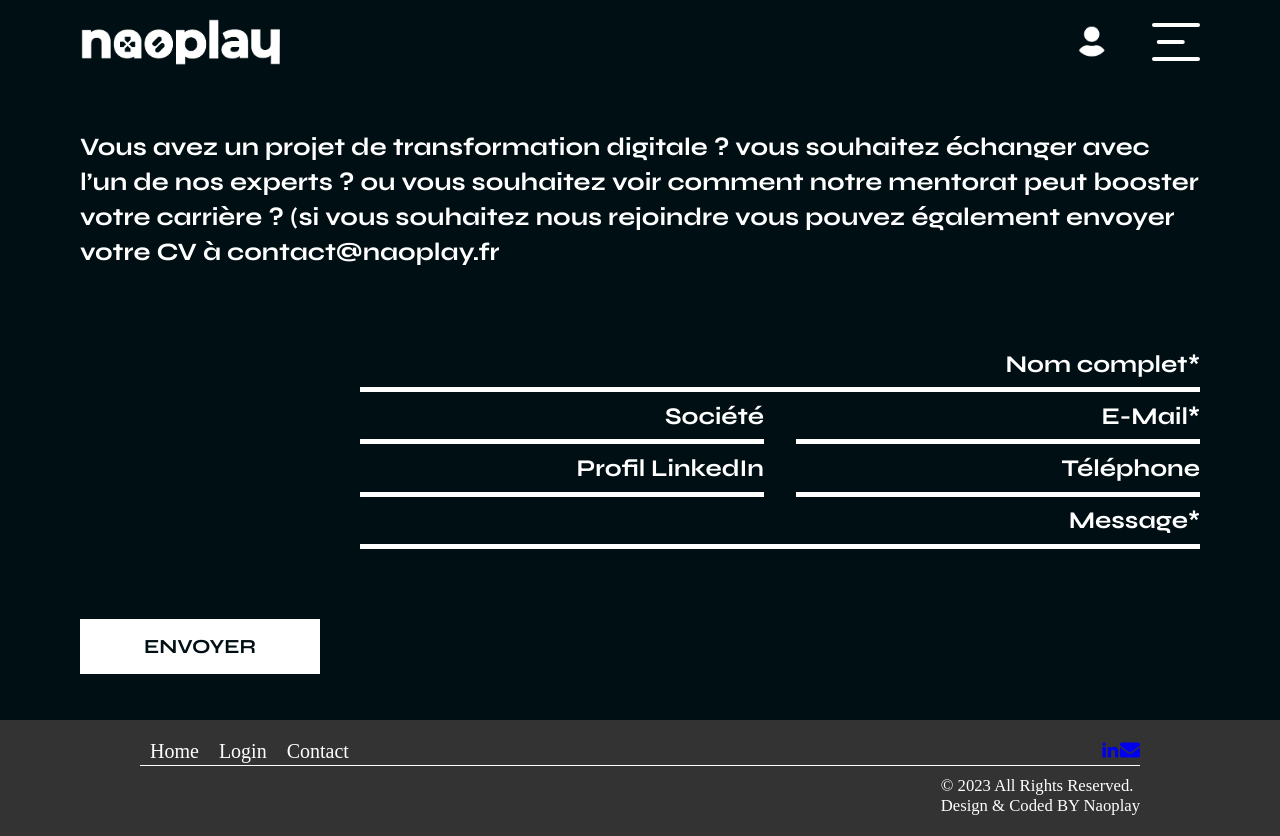
Repository: Hindsedrati/Naoplay
Page: /contact
These files come from the project's save history. The page is drawn as it stood at one moment and after the next save; the edit follows.
The browser window is 1280 px wide. The pictures show the whole page.
The project was rebuilt for these pictures with package versions that can differ from the ones it lists, and the page was loaded fresh each time. Also part of the build but not shown: src/Pages/Login/index.jsx, src/Components/Const/index.jsx, src/Components/Partners/index.jsx, src/Components/Naoplay/index.jsx, src/Components/Api/index.jsx, src/Components/Digitalisation/index.jsx, src/Components/Gateway/index.jsx, src/Components/ApiManagement/index.jsx and 6 more.

Above is the page before, as saved 2023-05-09 12:11:07.

### public/index.html
<!DOCTYPE html>
<html lang="en">
  <head>
    <meta charset="utf-8" />
    <link href="https://fonts.googleapis.com/css2?family=Syne:wght@600;700&display=swap" rel="stylesheet">
    <link rel="apple-touch-icon" sizes="180x180" href="./favicons/apple-touch-icon.png">
    <link rel="icon" type="image/png" sizes="32x32" href="./favicons/favicon-32x32.png">
    <link rel="icon" type="image/png" sizes="16x16" href="./favicons/favicon-16x16.png">
    <link rel="manifest" href="./favicons/site.webmanifest">
    <link rel="mask-icon" href="./favicons/safari-pinned-tab.svg" color="#5bbad5">
    <meta name="viewport" content="width=device-width, initial-scale=1" />
    <meta name="theme-color" content="#000000" />
    <meta
      name="description"
      content="Web site created using create-react-app"
    />
    <link rel="apple-touch-icon" href="%PUBLIC_URL%/logo192.png" />
    <!--
      manifest.json provides metadata used when your web app is installed on a
      user's mobile device or desktop. See https://developers.google.com/web/fundamentals/web-app-manifest/
    -->
    <link rel="manifest" href="%PUBLIC_URL%/manifest.json" />
    <!--
      Notice the use of %PUBLIC_URL% in the tags above.
      It will be replaced with the URL of the `public` folder during the build.
      Only files inside the `public` folder can be referenced from the HTML.

      Unlike "/favicon.ico" or "favicon.ico", "%PUBLIC_URL%/favicon.ico" will
      work correctly both with client-side routing and a non-root public URL.
      Learn how to configure a non-root public URL by running `npm run build`.
    -->
    <title>NAOPLAY</title>
  </head>
  <body>
    <noscript>You need to enable JavaScript to run this app.</noscript>
    <div id="root"></div>
    <!--
      This HTML file is a template.
      If you open it directly in the browser, you will see an empty page.

      You can add webfonts, meta tags, or analytics to this file.
      The build step will place the bundled scripts into the <body> tag.

      To begin the development, run `npm start` or `yarn start`.
      To create a production bundle, use `npm run build` or `yarn build`.
    -->
  </body>
</html>

### src/style.scss
* {
    margin: 0;
    padding: 0;
    box-sizing: border-box;
}

.app-container {
    width: 100%;
    max-width: 100%;
    margin-left: auto;
    margin-right: auto;
}

.main-container {
    width: 100%;
    overflow-x: hidden;
}

@media screen and (min-width: 769px) and (max-width: 1900px) {
    .main-container {
        padding: 70px 80px 20px 80px;
    }
}
@media screen and (min-width: 1901px) {
    .main-container {
        padding: 150px 80px 20px 80px;
    }
}
@media screen and (max-width: 768px) {
    .main-container {
        padding: 1rem;
    }
}

### src/Layouts/Footer/Index.jsx
import './footer.scss';
import { RiLinkedinFill } from "react-icons/ri";
import { FaEnvelope } from "react-icons/fa";


function Footer() {
    return (

    <footer >

    <div class="footer-content">
        <div class="footer-section links">
            <a href="/">Home</a>
            <a href="/">Login</a>
            <a href="/">Contact</a>
        </div>

    <div className="footer__icons">

        <a className="footer__icons" href="https://www.linkedin.com/company/naoplay/" target="_blank" rel="noreferrer">
        <RiLinkedinFill />
        </a>
        <a className="footer__icons" href="mailto:contact@naoplay.fr/" target="_blank" rel="noreferrer">
        <FaEnvelope />
        </a>
    </div>
    </div>

    <div class="footer-bottom">
    <small>&copy; 2023 All Rights Reserved. </small>
    <small>Design & Coded BY Naoplay </small>

    </div>

    </footer>

    )
}

export default Footer

### src/Pages/Contact/Contact.scss
@import '../../Sass/variables.scss';

@font-face {
  font-family: 'MonumentExtended';
  src: url('../../Sass/fonts/MonumentExtended-Regular.otf') format('truetype');
  font-weight: normal;
  font-style: normal;
}

.contact {
  background: $dark;
  color: $light;


  & p {
    font-family: $syne;
    font-weight: bold;
    line-height: 35px;
    font-size: 25px;
  }

  &__btn {
    margin: 0;
    margin-top: 30px;
    padding: 0;
    display: flex;
    align-items: center;
    text-align: center;
    justify-content: center;
    text-decoration: none;
    font-family: $syne;
    font-size: 20px;
    font-weight: bold;
    text-align: center;
    background-color: $light;
    color: $dark;
    width: 240px;
    height: 55px;

    align-self: flex-start;
    cursor: pointer;
    transition: background-color 0.3s ease;

    &:hover {
      background-color: $primary;
      color: $light;
    }
  }

  input {
    box-sizing: border-box;
    width: 100%;
    margin: 0;
    padding: .6rem 0;
    font-size: 24px;
    outline: none;
    border: none;
    background-color: transparent;
    border-bottom: 5px solid $light;
    color: $light;

    &::placeholder {
      font-family: $syne;
      font-size: 24px;
      color: $light;
      line-height: 2;
      text-align: end;
      border: none;
    }

    &
    :focus {
      outline: none;
      border: none;
    }
  }
}

@media screen and (max-width: 768px) {
  .contact {

    padding: 2rem;
    text-align: center;
    p{
      line-height: 36px;
      margin-top: 5rem;
    }
    &__content {
      font-size: 20px;
      font-weight: 500;
      line-height: 2;
      display: flex;
      flex-flow: row nowrap;
      gap: 2rem;
      font-family: $Dm;
      overflow: scroll;

      &__child {
        box-sizing: border-box;
        min-width: 100%;
      }

      .contact__mobile__box {
        margin-top: 6rem;
        text-align: center;

        input {
          width: 100%;
          padding: 0.5rem;
          margin-bottom: 1rem;
        }

        label {
          width: 100%;
          margin-bottom: 1rem;
          border-bottom: 5px solid $light;
        }
      }
    }

    &__content::-webkit-scrollbar {
      width: 0;
    }
  }

  .contact__desktop__form {
    display: none;
  }
}

@media screen and (min-width: 769px) and (max-width: 1900px) {
  .contact {
    height: calc(100vh - 80px);
    padding: 50px 80px;
    box-sizing: border-box;
    margin-top: 5rem;
    &__mobile {
      display: none;
    }
  }
  .contact__desktop {
    display: flex;
    margin: 70px 0;
    flex-direction: column;
    align-items: flex-end;
  }
  .contact_desktop_box {
    width: 75%;

    .name__message {
      display: block;
    }

    .row {
      display: grid;
      grid-template-columns: 1fr 1fr;
      grid-column-gap: 2rem;
    }

    p {
      font-family: $syne;
      font-size: 30px;
      line-height: 40px;
    }
  }
}


@media screen and (min-width: 1901px) {
  .contact {
    height: 70vh;
    display: flex;
    justify-content: center;
    padding: 7rem 7rem;
    box-sizing: border-box;
    margin-top: 5rem;
    &__mobile {
      display: none;
    }
  }
  .contact__desktop {
    display: flex;
    margin: 70px 0;
    flex-direction: column;
    align-items: flex-end;
  }
  .contact_desktop_box {
    width: 75%;

    .name__message {
      display: block;
    }

    .row {
      display: grid;
      grid-template-columns: 1fr 1fr;
      grid-column-gap: 2rem;
    }

    p {
      font-family: $syne;
      font-size: 30px;
      line-height: 40px;
    }
  }
}

### src/Pages/Home/Home.scss
body{
    box-sizing: border-box;
    overflow-x: hidden;
}

### src/Layouts/Footer/footer.scss
@import '../../Sass/variables.scss';


footer {
    background-color: #333;
    color: #fff;
    padding: 20px 0;
  }

  .footer-content {
    font-size: 20px;
    display: flex;
    justify-content: space-between;
    max-width: 1000px;
    margin: 0 auto;
  }

  .footer-section {
    display: flex;
  }

  .links a,
  .social a {
    color: #fff;
    text-decoration: none;
    padding: 0 10px;
  }

  .links a:hover,
  .social a:hover {
    text-decoration: underline;
  }

  .social i {
    font-size: 24px;
    margin-left: 10px;
  }

  .footer-bottom {
    display: grid;
    justify-content: flex-end;
    max-width: 1000px;
    margin: 0 auto;
    font-size: 20px;
    border-top: 1px solid #fff;
    padding-top: 10px;
  }
  .footer__mentions-wrapper {
    display: flex;
    flex-direction: column;
    align-items: center;
  }

### src/Sass/variables.scss
@import url('https://fonts.googleapis.com/css2?family=Syne:wght@200;400;500;600;700&display=swap');
@import url('https://fonts.googleapis.com/css2?family=DM+Sans:wght@200;400;500;600;700&display=swap');

@font-face {
    font-family: 'MonumentExtended';
    src: url('fonts/MonumentExtended-Regular.otf') format('truetype');
    font-weight: normal;
    font-style: normal;
}

$Dm: 'DM Sans', sans-serif;
$syne: 'Syne', sans-serif;

//colors
$dark: #000F14;
$light: white;
$primary: #00A8EB;
$bg: #fdfdfd;

### src/Components/Const/const.scss
@import '../../Sass/variables.scss';

.home {

  color: $light;
  background-image: url('../../assets/vision_naoplay.webp');
  background-size: cover;
  background-position: center;

  h1 {
    font-weight: bold;
    font-family: 'MonumentExtended', sans-serif;
  }

  h2 {
    font-family: $syne;
  }

  &__btn {
    text-decoration: none;
    color: $dark;
    display: inline-block;
    padding: 0.75rem 1.5rem;
    background-color: $light;
    font-family: $syne;
    font-size: 1rem;
    font-weight: 700;
    transition: background-color 0.3s ease;

    &:hover {
      background-color: $dark;
      color: $light;
    }
  }
}

@media screen and (min-width: 769px) and (max-width: 1900px) {
  .home {
    margin-top: 2rem;

    h1 {
      font-size: 70px;
      font-weight: 500;
    }

    h2 {
      margin-top: 80px;
      font-size: 32px;
      font-weight: 700;
      line-height: 40px;
    }

    &__btn {
      margin-top:150px;
    }
  }
}

/* Code ajouté pour centrer en version mobile */
@media screen and (max-width: 768px) {
  .home {
    //height: calc(100vh - 80px);
    //padding: 1rem;
    margin-top: 5rem;
    display: flex;
    justify-content: center;
    align-items: center;
    flex-direction: column;

    h1 {
      font-size: 30px;
      line-height: 45px;
      font-weight: 200;
    }

    h2 {
      margin-top: 50px;
      font-size: 20px;
      font-weight: 500;
      font-family: $Dm;
      line-height: 1.6;
    }

    &__btn {
      margin-top: 30px;
    }
  }
}

@media screen and (min-width: 1901px) {
  .home {
    height: 100vh;
    h1 {
      line-height: 5rem;
      font-size: 70px;
      font-weight: 500;
    }

    h2 {
      margin-top: 80px;
      font-size: 32px;
      font-weight: 700;
      line-height: 40px;
    }

    &__btn {
      margin-top: 80px;
    }
  }

}

### src/Components/Partners/partners.scss
@import '../../Sass/variables.scss';

.partners {
  min-height: 210px;
  background: $dark;
  color: $light;

  &__content {
    display: flex;
    align-items: center;
  }

  &__content h3 {
    font-family: 'MonumentExtended', sans-serif;
    color: $light;
  }
}

@media screen and (min-width: 769px) and (max-width: 1900px) {

  .partners {
    padding-left: 80px;
    display: grid;
    grid-template-columns: 1fr 3fr;

    &__content h3 {
      padding-right: 15px;
      font-size: 20px;
      font-weight: 500;
      line-height: 32px;
    }

    &__image {
      position: relative;
      width: auto;
      height: 70px;
      margin-top: 70px;
      overflow: hidden;
    }

    &__icons {
      position: absolute;
      display: flex;
      width: 150%;
      height: 70px;
      top: 0;
      left: 30px;
      color: #fff;

      animation-name: IconeMove;
      animation-duration: 7s;
      animation-iteration-count: infinite;
      animation-direction: alternate;
      animation-timing-function: ease-in-out;

      @keyframes IconeMove {
        from {
          transform: translateX(-25%);
        }

        to {
          transform: translateX(0);
        }
      }
    }

    &__icons img {
      height: 100%;
      width: auto;
      margin-right: 70px;

    }
  }
}

@media screen and (min-width: 1901px) {

  .partners {
    padding-left: 80px;
    display: grid;
    grid-template-columns: 1fr 3fr;

    &__content h3 {
      padding-right: 15px;
      font-size: 25px;
      font-weight: 500;
      line-height: 32px;
    }

    &__image {
      position: relative;
      width: auto;
      height: 70px;
      margin-top: 70px;
      overflow: hidden;
    }

    &__icons {
      position: absolute;
      display: flex;
      width: 150%;
      height: 70px;
      top: 0;
      left: 30px;
      color: #fff;

      animation-name: IconeMove;
      animation-duration: 9s;
      animation-iteration-count: infinite;
      animation-direction: alternate;
      animation-timing-function: ease-in-out;

      @keyframes IconeMove {
        from {
          transform: translateX(-25%);
        }

        to {
          transform: translateX(0);
        }
      }
    }

    &__icons img {
      height: 100%;
      width: auto;
      margin-right: 70px;

    }
  }
}

@media screen and (max-width: 768px) {

  .partners {
    padding: 1rem;

    &__content h3 {
      font-size: 20px;
      font-weight: 500;
      line-height: 32px;
    }

    &__image {
      position: relative;
      width: auto;
      height: 70px;
      margin-top: 50px;
      overflow: hidden;
    }

    &__icons {
      position: absolute;
      display: flex;
      width: 150%;
      height: 60px;
      top: 0;
      left: 30px;
      color: #fff;

      animation-name: IconeMove;
      animation-duration: 5s;
      animation-iteration-count: infinite;
      animation-direction: alternate;
      animation-timing-function: ease-in-out;

      @keyframes IconeMove {
        from {
          transform: translateX(-200%);
        }

        to {
          transform: translateX(0);
        }
      }
    }

    &__icons img {
      height: 100%;
      width: auto;
      margin-right: 70px;

    }
  }
}

### src/Components/Digitalisation/digital.scss
@import '../../Sass/variables.scss';

.digital {
  background-image: url('../../assets/eye-naoplay.webp');
  background-size: cover;
  background-position: center;
  width: 100%;
  height: 50vh;
  object-fit: none;
  color: $light;
  display: flex;
  align-items: center;
  justify-content: center;

  &__content {
    width: 100%;
    max-width: 960px;
    margin: 0 auto;
    padding: 0 1rem;
    text-align: center;
  }

  &__title {
    font-family: 'MonumentExtended', sans-serif;

    margin: 0;
    font-size: 2rem;
    line-height: 1;

  }

  @media screen and (max-width: 768px) {
    .digital{
      display: none;
    }
  }
}
@media screen and (min-width: 769px) and (max-width: 1900px) {
  .digital{
    display: none;
  }
}
@media screen and (min-width: 1900px){
  .digital{
    display: none;
  }
}

### src/Components/Gateway/gateway.scss
@import '../../Sass/variables.scss';

.Gateway{
    height: 100vh;
    padding: 100px;
    color: $dark;

    &__title {
        font-family: 'MonumentExtended', sans-serif;
    }

    &__content::-webkit-scrollbar {
        width: 0;
    }

}


@media screen and (min-width: 769px) and (max-width: 1900px) {
    .Gateway{
        display: grid;
        grid-template-columns: 1fr 2fr;
        align-items: center;

        &__content__child p{
            line-height: 4rem;
            font-family: $syne;
            font-size: 24px;
            font-weight: bold;
        }
    }

    .partone{
        display: block;
        height: calc(100vh - 200px);
        padding: 8rem 4rem 4rem;
        text-align: right;
        background: $dark;
        color: $light;
    }

    .partone:hover{
        background-color: $primary;
        scroll-behavior: smooth;
    }

    .parttwo{
        position: relative;
        height: calc(100vh - 200px);

        .Gateway__title {
            position: absolute;
            top: 0;
            bottom: 0;
            display: flex;
            align-items: center;
            margin-left: 6rem;
            font-size: 56px;
            vertical-align: middle;
        }

        .G1, .G2, .G3, .G4, .G5 {
            display: inline-block;
            margin-top: 5vh;
            margin-bottom: 5vh;
            border-bottom: 1rem solid $primary;
            border-right: 2rem solid transparent;
            line-height: 36px;
        }

        .G1{
            margin-left: 15%;
        }

        .G2{
            margin-left: 50%;
        }

        .G3{
            margin-left: 80%;
        }

        .G4{
            margin-left: 50%;
        }

        .G5{
            margin-left: 15%;
        }
    }
}

@media screen and (min-width: 1901px) {
    .Gateway{
        display: grid;
        grid-template-columns: 1fr 2fr;
        align-items: center;

        &__content__child p{
            line-height: 9rem;
            font-family: $syne;
            font-size: 30px;
            font-weight: bold;
        }
        .items{
            margin-top: 3rem;
        }
    }

    .partone{
        display: block;
        height: calc(100vh - 200px);
        padding: 4rem 4rem 4rem;
        text-align: right;
        background: $dark;
        color: $light;
    }

    .partone:hover{
        background-color: $primary;
        scroll-behavior: smooth;
    }

    .parttwo{
        position: relative;
        height: calc(100vh - 200px);

        .Gateway__title {
            position: absolute;
            top: 0;
            bottom: 0;
            display: flex;
            align-items: center;
            margin-left: 6rem;
            font-size: 56px;
            vertical-align: middle;
        }

        .G1, .G2, .G3, .G4, .G5 {
            display: inline-block;
            margin-top: 5vh;
            margin-bottom: 5vh;
            border-bottom: 1rem solid $primary;
            border-right: 2rem solid transparent;
            line-height: 36px;
        }

        .G1{
            margin-left: 15%;
        }

        .G2{
            margin-left: 50%;
        }

        .G3{
            margin-left: 80%;
        }

        .G4{
            margin-left: 50%;
        }

        .G5{
            margin-left: 15%;
        }
    }
}

@media screen and (max-width: 768px) {
    .Gateway{
        display: none;
    }
}

### src/Components/Management/management.scss
@import '../../Sass/variables.scss';

.management {
    background: $primary;
    color: $light;

    &__title {
        font-family: 'MonumentExtended', sans-serif;
    }

    &__content::-webkit-scrollbar {
        width: 0;
    }
}

@media screen and (min-width: 769px) and (max-width: 1900px) {
    .management {
        min-height: 100vh;

        &__title {
            display: none;
        }

        &__content {
            width: 100%;
            min-height: 250px;
            padding: 30px 100px;
            display: flex;
            flex-flow: row nowrap;
            gap: 100px;
            font-family: $syne;
            font-size: 20px;
            font-weight: 400;
            line-height: 30px;
            position: relative;

            .arrow_1 {
                display: none;
            }

            .arrow_2 {
                display: none;
            }

            & p {
                margin-top: .8rem;
                font-family: $Dm;
            }
        }
    }
}

@media screen and (min-width: 1901px) {
    .management {
        min-height: 100vh;

        &__title {
            display: none;
        }

        &__content {
            width: 100%;
            min-height: 250px;
            padding: 30px 100px;
            display: flex;
            flex-flow: row nowrap;
            gap: 100px;
            font-family: $syne;
            font-size: 20px;
            font-weight: 400;
            line-height: 30px;
            position: relative;

            .arrow_1 {
                display: none;
            }

            .arrow_2 {
                display: none;
            }

            & p {
                font-size: 25px;
                margin-top: .8rem;
                font-family: $Dm;
            }
        }
    }
}

@media screen and (max-width: 768px) {
    .management {
        padding: 2.5rem 1rem;

        &__content {
            display: flex;
            flex-flow: row nowrap;
            gap: 2rem;
            font-family: $syne;
            font-size: 25px;
            font-weight: 500;
            line-height: 30px;
            overflow: scroll;
            position: relative;

            &__child {
                min-width: 100%;
            }

            .arrow_1 {
                position: absolute;
                bottom: 2px;
                right: 10px;
                font-size: 30px;
                color: $primary;
                background: $light;
                display: flex;
                align-items: center;
                justify-content: center;
                border-radius: 50%;
                width: 40px;
                height: 40px;
            }

            .arrow_2 {
                position: absolute;
                bottom: 2px;
                right: -23rem;
                font-size: 2rem;
                background: $light;
                color: $primary;
                display: flex;
                align-items: center;
                justify-content: center;
                border-radius: 50%;
                width: 40px;
                height: 40px;
            }
        }

        &__title {
            margin-top: 30px;
            font-size: 30px;
            line-height: 30px;
            font-weight: 100;
        }

        &__content {
            font-size: 25px;
            font-weight: 700;
            line-height: 30px;
        }

        & p {
            margin-top: 30px;
            padding: 0rem 1rem;
        }
    }



}

Loaded but not shown: src/reportWebVitals.js (common file); src/index.js (34 lines, source omitted); src/Layouts/Header/header.scss (458 lines, source omitted); src/Components/ApiManagement/api_m.scss (329 lines, source omitted); src/Components/Api/api.scss (344 lines, source omitted); src/Components/Naoplay/naoplay.scss (359 lines, source omitted); src/Layouts/Header/Index.jsx (115 lines, source omitted); src/Pages/Error403/Error403.scss (201 lines, source omitted); src/Components/Mentorat/mentorat.scss (204 lines, source omitted); src/Components/Proxisation/proxi.scss (219 lines, source omitted); src/Pages/Error404/Error.scss (200 lines, source omitted); src/Pages/Contact/index.jsx (105 lines, source omitted); src/Pages/Login/login.scss (182 lines, source omitted)

After the next save:
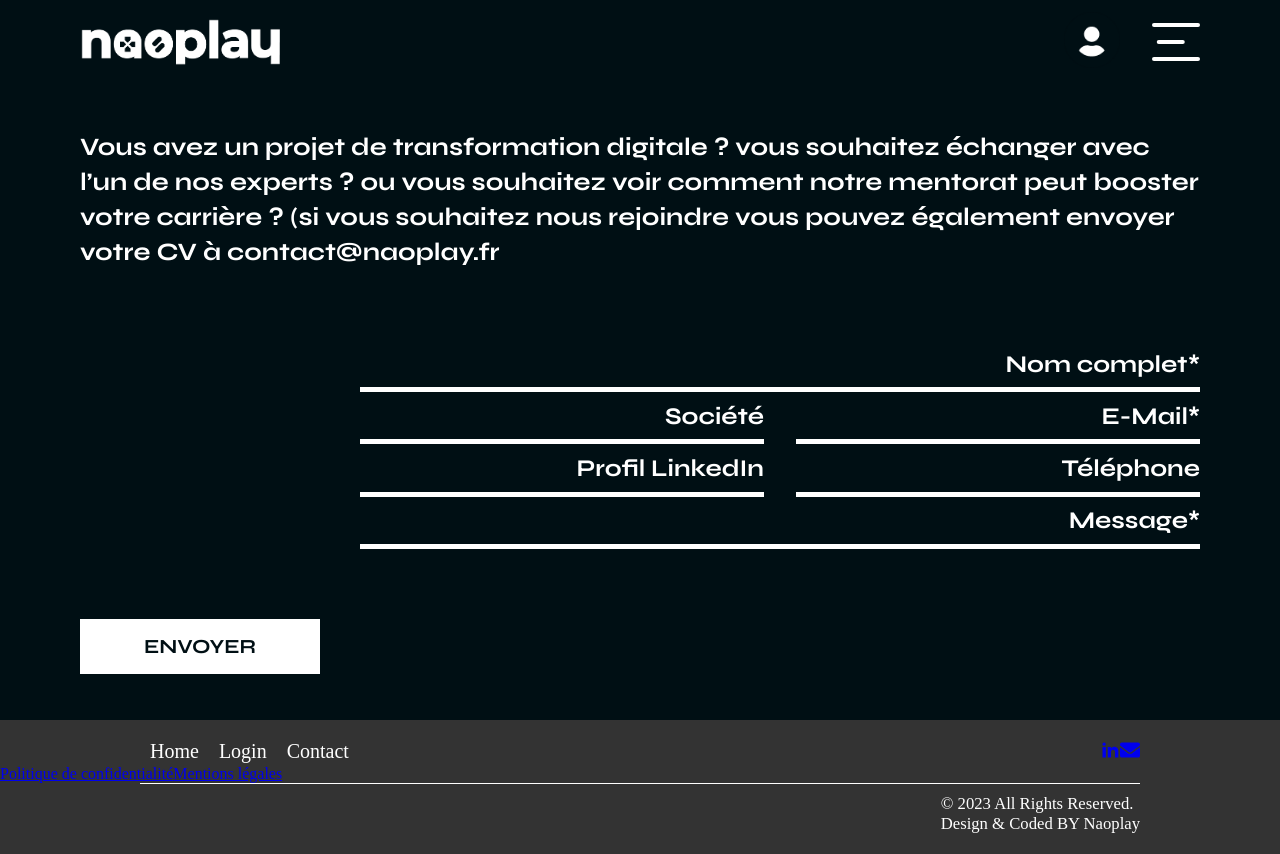
Saved 68 s later.
--- a/src/Layouts/Footer/Index.jsx
+++ b/src/Layouts/Footer/Index.jsx
@@ -25,7 +25,10 @@
         </a>
     </div>
     </div>
-
+        <div className='mentions'>
+            <a className='footer__mentions' href='/'>Politique de confidentialité</a>
+            <a className='footer__mentions' href='/'>Mentions légales</a>
+        </div>
     <div class="footer-bottom">
     <small>&copy; 2023 All Rights Reserved. </small>
     <small>Design & Coded BY Naoplay </small>
